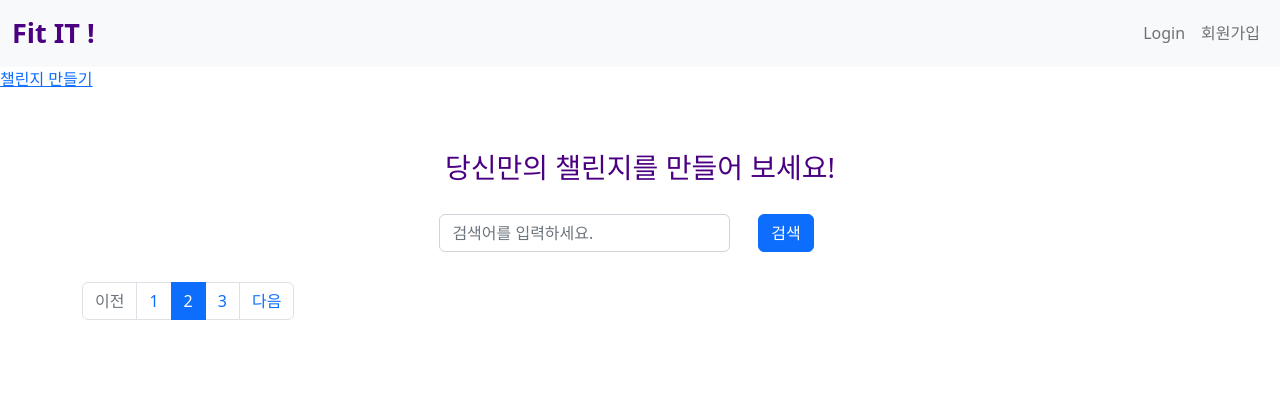
Repository: 4everGirls/Fit-IT-FRONT
Page: /makeChallenge (app in FrontEnd/fit-it/)
The author's editor kept a copy of each file at every save. The page is drawn from the files as they stood at one save, then again after the next save.
The browser window is 1280 px wide. The pictures show the whole page.
The project was rebuilt for these pictures with package versions that can differ from the ones it lists, and the page was loaded fresh each time. Also part of the build but not shown: FrontEnd/fit-it/vue.config.js, FrontEnd/fit-it/src/views/HomeView.vue, FrontEnd/fit-it/src/components/user/RegistUser.vue, FrontEnd/fit-it/src/components/user/LoginUser.vue.

Above is the page before, as saved 2022-11-20 12:43:55.

After the next save:
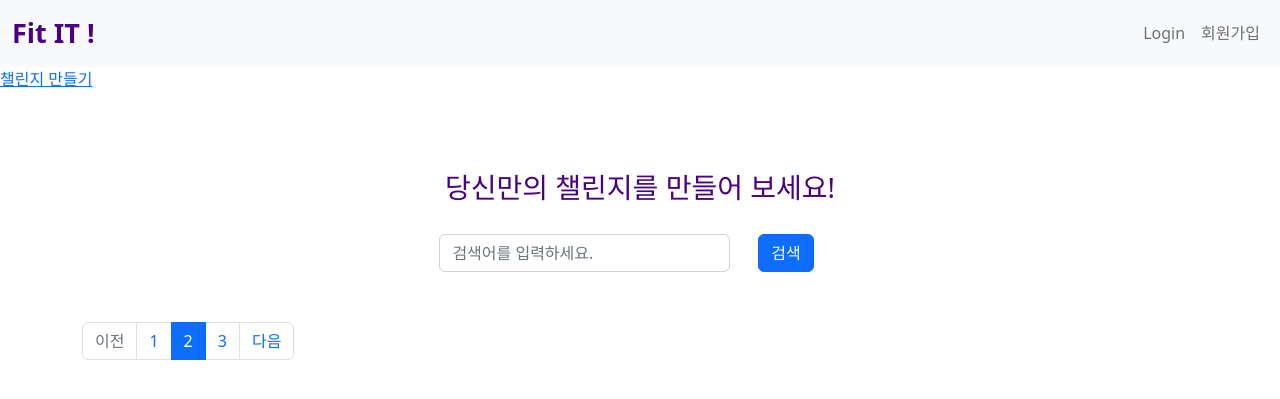
Saved 5 s later.
--- a/FrontEnd/fit-it/src/components/challenge/MakeChallenge/SearchVideo.vue
+++ b/FrontEnd/fit-it/src/components/challenge/MakeChallenge/SearchVideo.vue
@@ -69,6 +69,6 @@
   flex-direction: column;
 }
 .container {
-  padding: 30px;
+  padding: 50px;
 }
 </style>

After the save that followed:
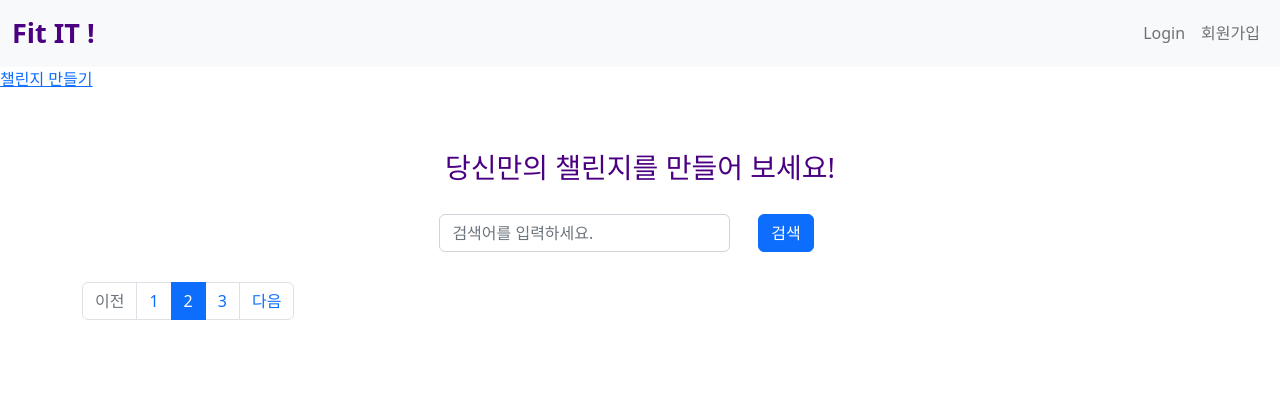
Saved 4 s later.
--- a/FrontEnd/fit-it/src/components/challenge/MakeChallenge/SearchVideo.vue
+++ b/FrontEnd/fit-it/src/components/challenge/MakeChallenge/SearchVideo.vue
@@ -69,6 +69,6 @@
   flex-direction: column;
 }
 .container {
-  padding: 50px;
+  padding: 30px;
 }
 </style>
